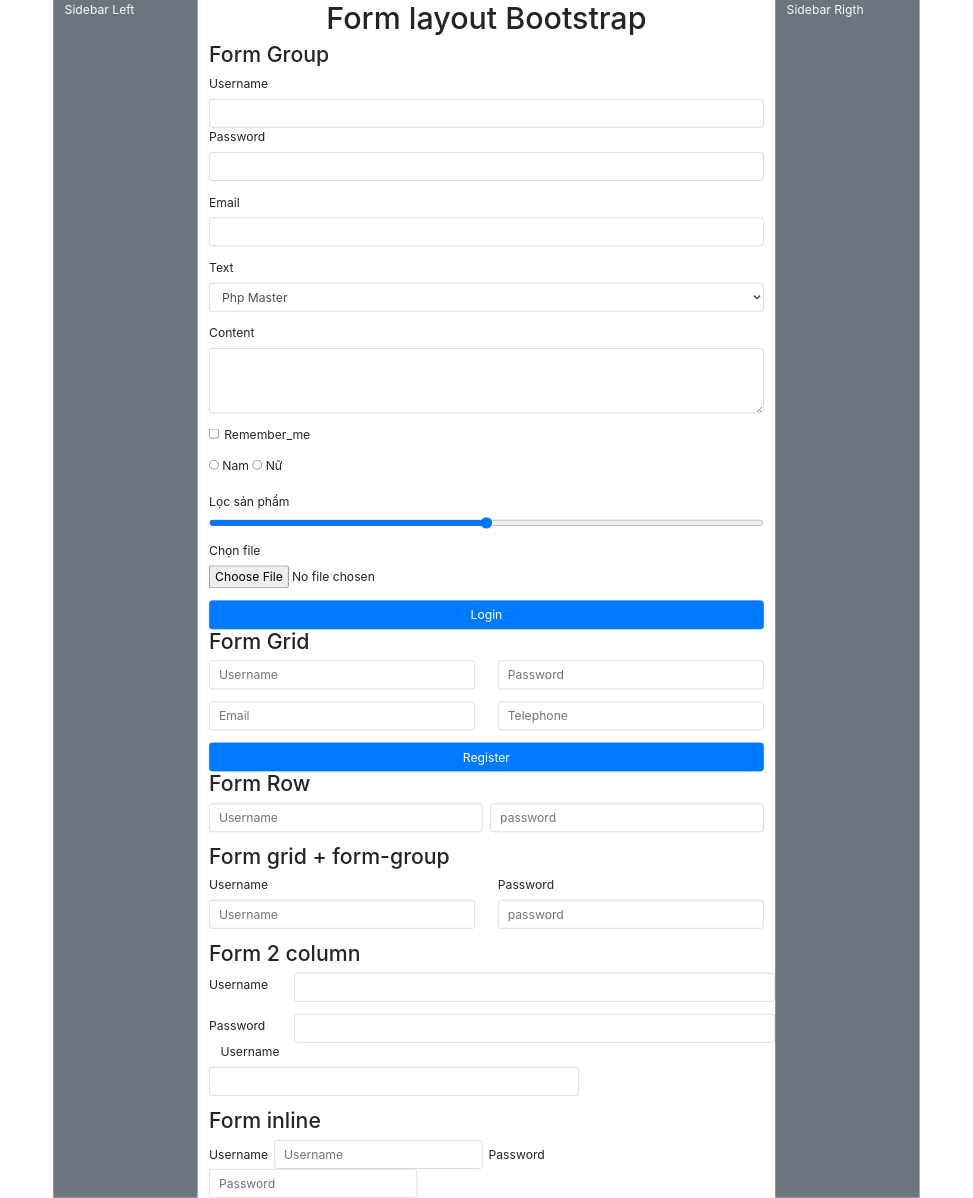
Repository: anhtu2110/front_end
Page: lesson/bootstrap/advance/5.12-form-layout.html
An editor plug-in stored every save of this project. The page is shown before and after the next save, followed by the edit.
The browser window is 1280 px wide. The pictures show the whole page, at 76% of full size.

Above is the page before, as saved 2022-12-08 20:01:59.

### lesson/bootstrap/advance/5.12-form-layout.html
<!DOCTYPE html>
<html lang="en">
  <head>
    <meta charset="UTF-8" />
    <meta http-equiv="X-UA-Compatible" content="IE=edge" />
    <meta name="viewport" content="width=device-width, initial-scale=1.0" />
    <link rel="stylesheet" href="./bootstrap/css/bootstrap.min.css" />
    <title>Form layout</title>
  </head>
  <body>
    <div class="container">
        <div class="row">
            <div class="col-md-2 bg-secondary text-light">Sidebar Left</div>
            <div class="col-md-8">
                <h1 class="text-center">Form layout Bootstrap</h1>
                <h3>Form Group</h3>
                <form action="">
                    <label for="username">Username</label>
                    <input type="text" class="form-control" name="username" id="username" />
                  <div class="form-group">
                    <label for="password">Password</label>
                    <input type="password" class="form-control" name="password" id="password" />
                  </div>
                  <div class="form-group">
                    <label for="email">Email</label>
                    <input type="email" class="form-control" name="email" id="email" />
                  </div>
                  <div class="form-group">
                    <label for="course">Text</label>
                    <select id="course" class="form-control" name="">
                        <option>Php Master</option>
                        <option>Bootstrap</option>
                        <option>Responsive</option>
                    </select>
                  </div>
                  <div class="form-group">
                    <label for="content">Content</label>
                    <textarea id="content" class="form-control" name="" rows="3"></textarea>
                  </div>
                  <div class="form-group form-check">
                    <input type="checkbox" class="form-check-input" name="remember_me" id="remember_me" />
                    <!-- .form-check-input thêm vào với trường hợp loại chechbox  -->
                    <label for="remember_me" class="form-check-label">Remember_me</label>
                  </div>
                  <div class="form-group">
                    <input type="radio" name="gender" id="male" value="male">
                    <label for="male">Nam</label>
                    <input type="radio" name="gender" id="female" value="female">
                    <label for="female">Nữ</label>
                  </div>
                  <div class="form-group">
                    <label for="filter_product">Lọc sản phẩm</label>
                    <input id="filter_product" class="form-control-range" type="range" name="filter" min="0" max="100">
                  </div>
                  <div class="form-group">
                    <label for="choose_file">Chọn file</label>
                    <input id="choose_file" class="form-control-file" type="file" name="">
                  </div>
                  <button type="submit" class="btn btn-primary btn-block" name="">Login</button>
                </form>
                <h3>Form Grid</h3>
                <form action="">
                  <div class="row">
                      <div class="col-md-6">
                          <div class="form-group">
                              <input id="username" class="form-control" type="text" name="username" placeholder="Username">
                          </div>
                      </div>
                      <div class="col-md-6">
                          <div class="form-group">
                              <input id="password" class="form-control" type="password" name="password" placeholder="Password">
                          </div>
                      </div>
                      <div class="col-md-6">
                        <div class="form-group">
                            <input id="email" class="form-control" type="email" name="email" placeholder="Email">
                        </div>
                    </div>
                    <div class="col-md-6">
                        <div class="form-group">
                            <input id="telephone" class="form-control" type="tel" name="telephone" placeholder="Telephone">
                        </div>
                    </div>
                    <div class="col-md-12">
                      <button type="submit" name="btn_register" class="btn btn-primary btn-block">Register</button>
                    </div>
                  </div>
                </form>
                <h3>Form Row</h3>
                <form action="">
                  <div class="form-row">
                      <!-- Khi sử dụng .form-row thì margin chỉ là 5px còn row margin 15px -->
                      <div class="col-md-6">
                          <div class="form-group">
                              <input id="username" class="form-control" type="text" name="username" placeholder="Username">
                          </div>
                      </div>
                      <div class="col-md-6">
                          <div class="form-group">
                              <input id="password" class="form-control" type="text" name="password" placeholder="password">
                          </div>
                      </div>
                  </div>
                </form>
                <h3>Form grid + form-group</h3>
                <form action="">
                  <div class="row">
                      <div class="col-md-6">
                          <div class="form-group">
                              <label for="username_2">Username</label>
                              <input id="username_2" class="form-control" type="text" name="username" placeholder="Username">
                          </div>
                      </div>
                      <div class="col-md-6">
                          <div class="form-group">
                              <label for="password_2">Password</label>
                              <input id="password_2" class="form-control" type="text" name="password" placeholder="password">
                          </div>
                      </div>
                  </div>
                </form>
                <h3>Form 2 column</h3>
                <form action="">
                  <div class="row form-group align-items-center mb-3">
                          <label for="username_3" class="col-md-2">Username</label>
                          <input type="text" name="username_3" id="username_3" class="form-control col-md-10">
                  </div>
                  <div class="row align-items-center">
                          <label for="password_3" class="col-md-2">Password</label>
                          <input type="password" name="password_3" id="password_3" class="col-md-10 form-control">
                  </div>
                  <div class="row">
                    <div class="col-md-12">
                      <div class="form-group align-items-center">
                        <label for="username_3" class="col-md-2">Username</label>
                          <input type="text" name="username_3" id="username_3" class="form-control col-md-8">
                      </div>
                    </div>
                  </div>
                </form>
                <h3>Form inline</h3>
                <form action="" class="form-inline">
                    <label for="username_4" class="mr-sm-2">Username</label>
                    <input id="username_4" class="form-control mr-sm-2" type="text" name="username" placeholder="Username">
                    <label for="password_4" class="mr-sm-2">Password</label>
                    <input id="password_4" class="form-control mr-sm-2" type="text" name="password" placeholder="Password">
                </form>
            </div>
            <div class="col-md-2 bg-secondary text-light">Sidebar Rigth</div>

        </div>
    </div>
    <script src="js/jquery-3.6.1.min.js"></script>
    <script src="js/popper.min.js"></script>
    <script src="./bootstrap/js/bootstrap.min.js"></script>
  </body>
</html>

Loaded but not shown: lesson/bootstrap/advance/bootstrap/css/bootstrap.min.css (library); lesson/bootstrap/advance/js/jquery-3.6.1.min.js (library); lesson/bootstrap/advance/js/popper.min.js (library); lesson/bootstrap/advance/bootstrap/js/bootstrap.min.js (library)

After the next save:
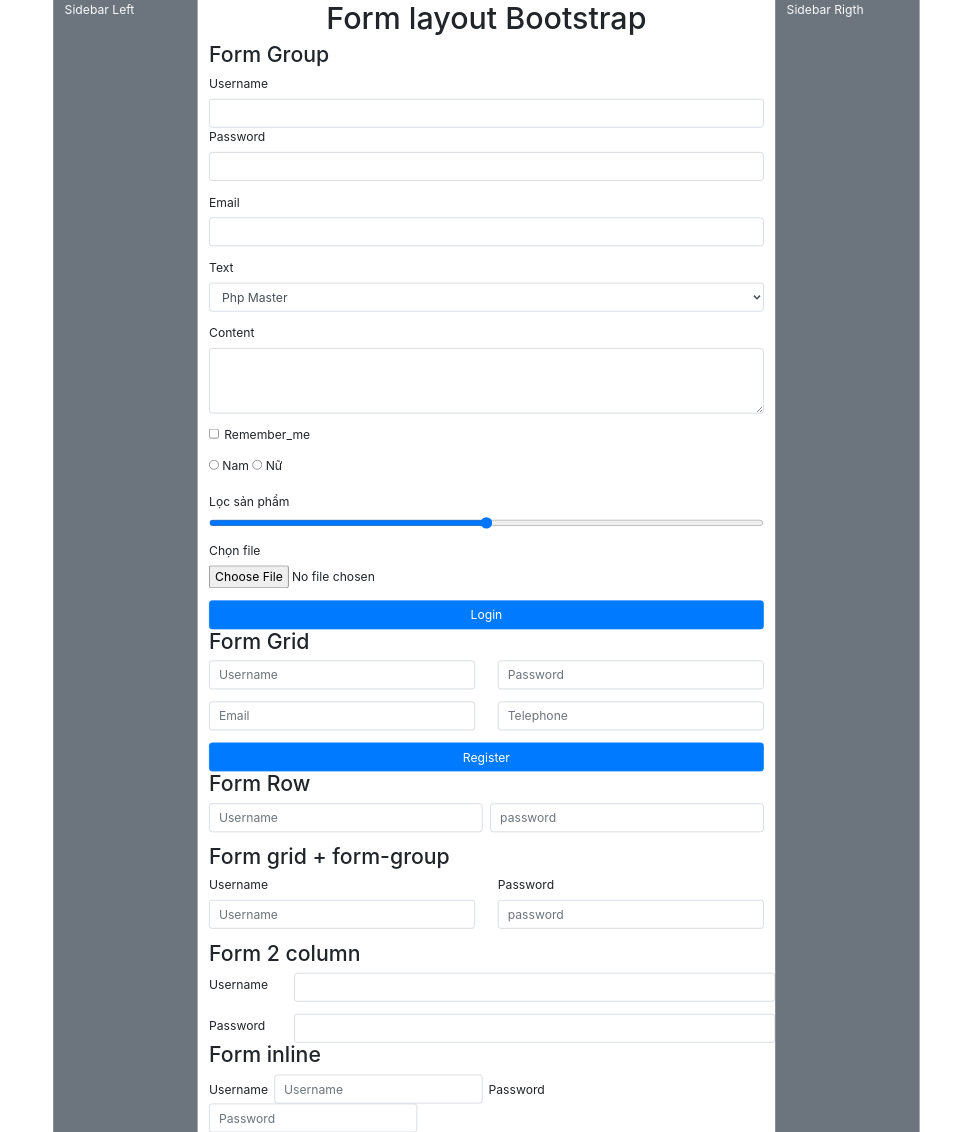
Saved 11 s later.
--- a/lesson/bootstrap/advance/5.12-form-layout.html
+++ b/lesson/bootstrap/advance/5.12-form-layout.html
@@ -129,14 +129,6 @@
                           <label for="password_3" class="col-md-2">Password</label>
                           <input type="password" name="password_3" id="password_3" class="col-md-10 form-control">
                   </div>
-                  <div class="row">
-                    <div class="col-md-12">
-                      <div class="form-group align-items-center">
-                        <label for="username_3" class="col-md-2">Username</label>
-                          <input type="text" name="username_3" id="username_3" class="form-control col-md-8">
-                      </div>
-                    </div>
-                  </div>
                 </form>
                 <h3>Form inline</h3>
                 <form action="" class="form-inline">
